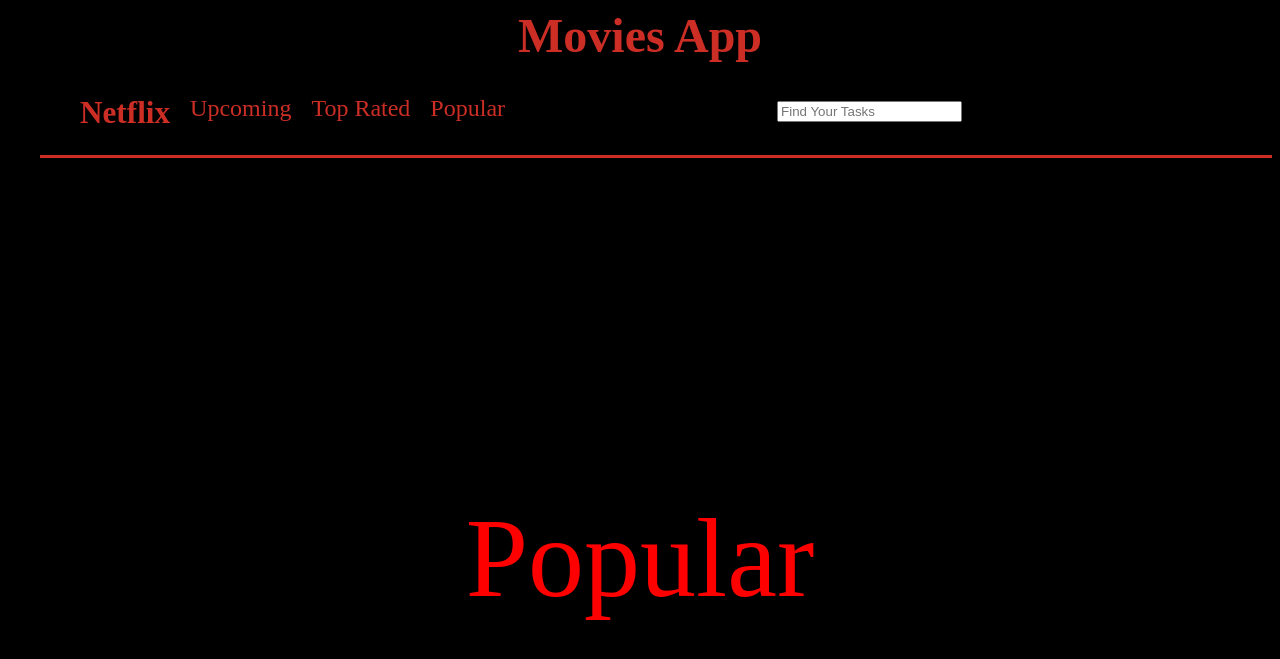
Repository: runner855/movie-app
Page: /popular
These files come from the project's save history. The page is drawn as it stood at one moment and after the next save; the edit follows.
The browser window is 1280 px wide. The pictures show the whole page.
The project was rebuilt for these pictures with package versions that can differ from the ones it lists, and the page was loaded fresh each time. Also part of the build but not shown: src/styles/TopRated.css, src/components/TopRated.tsx, src/styles/Upcoming.css, src/components/Upcoming.tsx.

Above is the page before, as saved 2022-11-16 17:28:57.

After the next save:
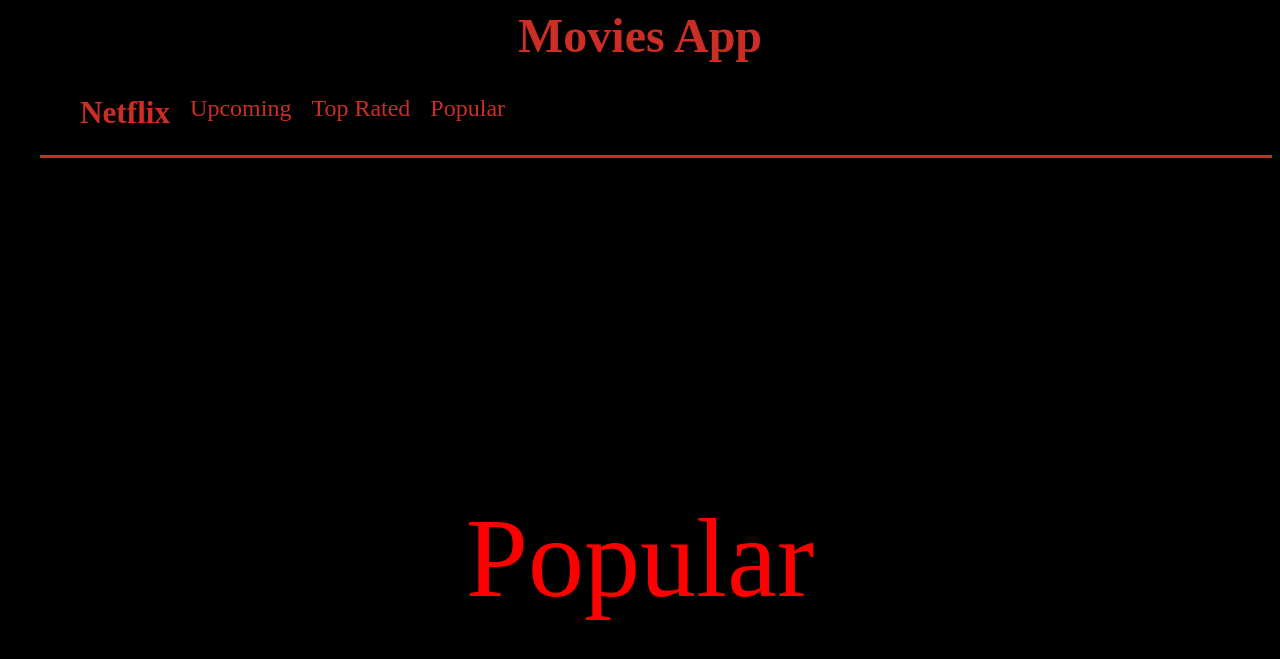
Saved 56 s later.
--- a/src/components/NavBar.tsx
+++ b/src/components/NavBar.tsx
@@ -1,7 +1,6 @@
 import * as React from "react";
 import "../styles/NavBar.css";
 import { Link } from "react-router-dom";
-import { MoviesFilter } from "./MoviesFilter";
 
 export const NavBar = () => {
   return (
@@ -24,9 +23,6 @@
               Popular
             </Link>
           </li>
-          <li>
-            <MoviesFilter />
-          </li>
         </ul>
       </nav>
     </header>
